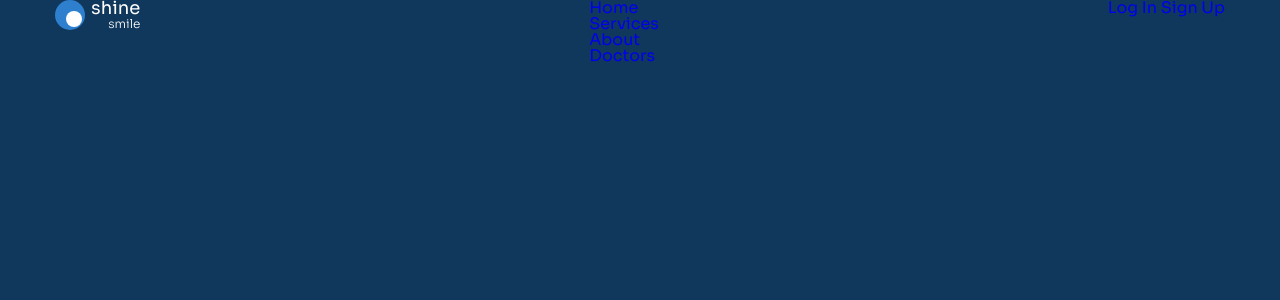
Repository: anhtien111198/f8-htmlcss-03
Page: index.html
An editor plug-in stored every save of this project. The page is shown before and after the next save, followed by the edit.
The browser window is 1280 px wide. The pictures show the whole page.

Above is the page before, as saved 2023-05-12 09:33:55.

After the next save:
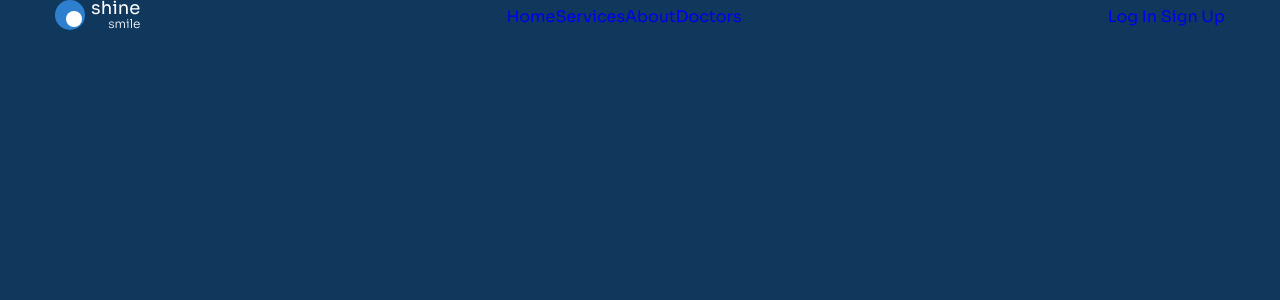
Saved 28 s later.
--- a/assets/css/style.css
+++ b/assets/css/style.css
@@ -67,5 +67,9 @@ a {
 /* ========Header top========== */
 .header-top {
     display: flex;
+    align-items: center;
     justify-content: space-between;
 }
+.navbar__list {
+    display: flex;
+}
